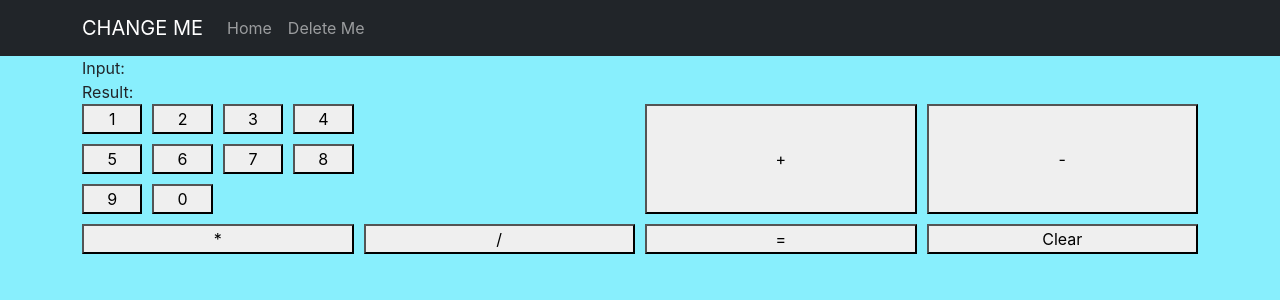
Repository: jgramirez0210/calculator-react
Page: /
The author's editor kept a copy of each file at every save. The page is drawn from the files as they stood at one save, then again after a run of saves.
The browser window is 1280 px wide. The pictures show the whole page.
The project was rebuilt for these pictures with package versions that can differ from the ones it lists, and the page was loaded fresh each time. The framework's server and built-in components were replaced by stand-ins that run in the browser. Also part of the build but not shown: next.config.js.

Above is the page before, as saved 2024-01-09 20:22:48.

After the next 2 saves:
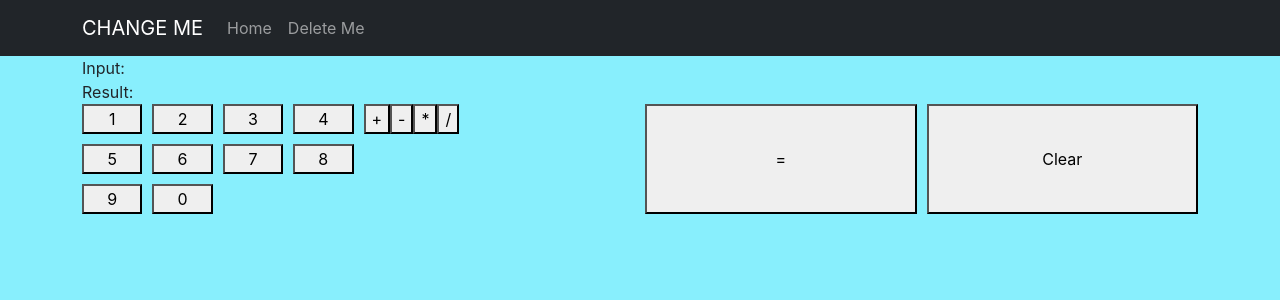
The 2 saves are shown as one change because they came seconds apart.
The last was saved 7 s later.
--- a/pages/index.js
+++ b/pages/index.js
@@ -36,10 +36,10 @@ function Calculator() {
             <button type="button" className={`button-${digit}`} onClick={() => handleDigit(digit)}>{digit}</button>
           ))}
         </div>
-        <div className="calculator-operators"></div>
+        <div className="calculator-operators">
         {['+', '-', '*', '/'].map((operation) => (
           <button type="button" onClick={() => handleOperation(operation)}>{operation}</button>
-        ))}
+        ))}</div>
         <button type="button" onClick={calculateResult}>=</button>
         <button type="button" onClick={handleClear}>Clear</button>
       </div>
